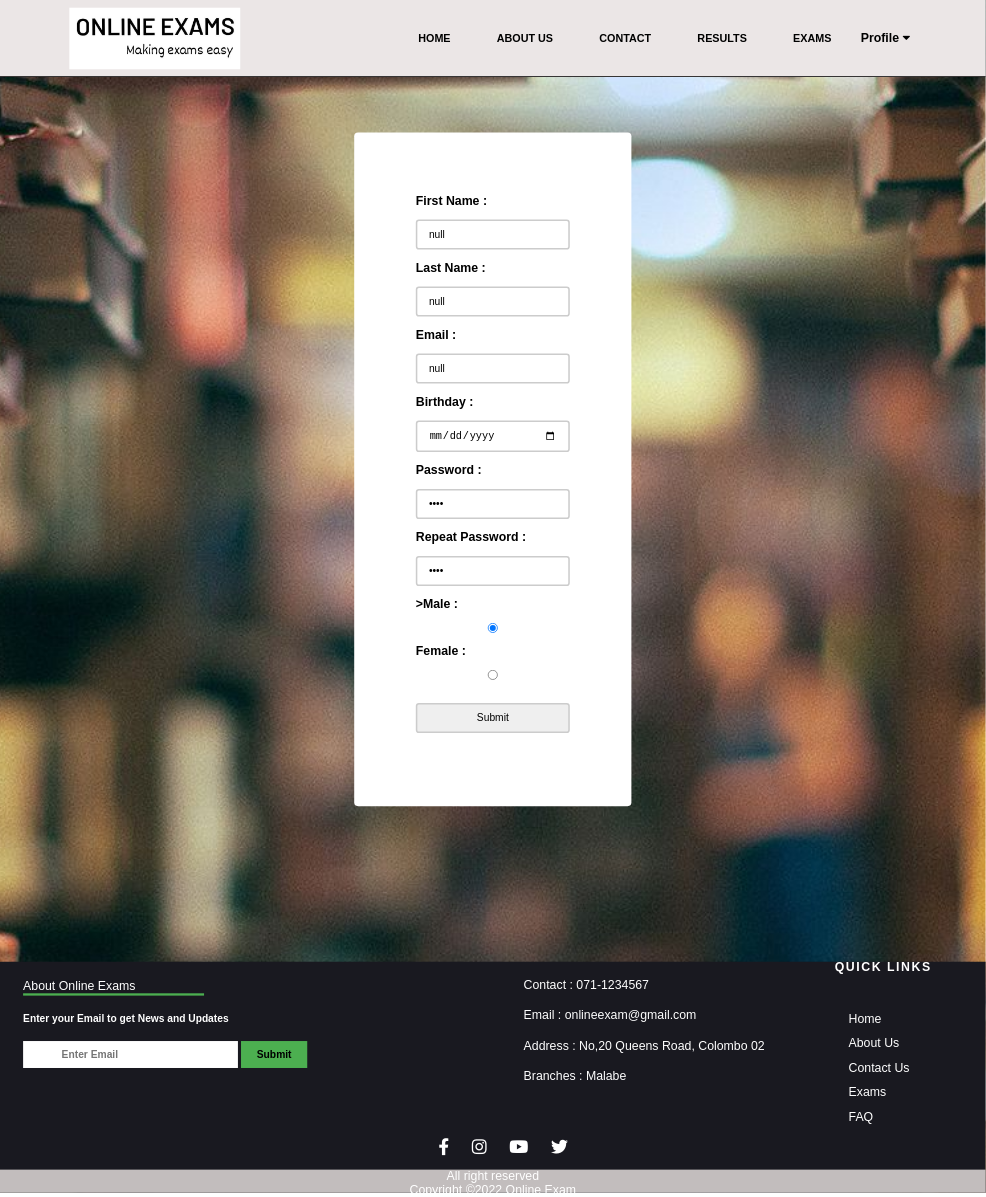
Repository: Isurinda-Shamika/online-exam
Page: http://localhost/online_exam/update_profile.jsp
An editor plug-in stored every save of this project. The page is shown before and after the next save, followed by the edit.
The browser window is 1280 px wide. The pictures show the whole page, at 77% of full size.
Some web libraries are served in a nearby version. The page is served by Tomcat 9. Nobody is signed in. The application's start-up code is not run. Other server files are loaded and not shown.

Above is the page before, as saved 2022-11-09 17:03:28.

### online exam/src/main/webapp/update_profile.jsp
<%@ page language="java" contentType="text/html; charset=ISO-8859-1"
    pageEncoding="ISO-8859-1"%>
<!DOCTYPE html>
<html>
<head>

	<title>Registration Page</title>
	<link rel="stylesheet" type="text/css" href="CSS/register.css">
	<!--Bootstrap website link to get social media icons(use.fontawesome.com)-->
	<link
      rel="stylesheet"
      href="https://use.fontawesome.com/releases/v5.13.0/css/all.css"
      integrity="sha384-Bfad6CLCknfcloXFOyFnlgtENryhrpZCe29RTifKEixXQZ38WheV+i/6YWSzkz3V"
      crossorigin="anonymous"/>
	  <script src="JS/register.js"></script>
	<script src=""></script>

</head>
<body>
	<!--Header-->
	<!--Navigation Bar-->

	<nav>
		<a href="home.html"><img src="Images/logo.jpeg" class="logo"></a>
		<ul>
			<li><a href="home.html">Home</a></li>
			<li><a href="about-us.html">About Us</a></li>
			<li><a href="contact.html">Contact</a></li>
			<li><a href="results.html">Results</a></li>
			<li><a href="Exams.html">Exams</a></li>
			<div class="dropdown">
				<button class="dropbtn">Profile
				<i class="fa fa-caret-down"></i>
				</button>
				<div class="dropdown-content">
                    <a href="login.html">Sign In</a>
				</div>
			</div>
		</ul>
	</nav>
	<br>
	<br>
	<br>
	<br>
	<br>
	<br>
<div class = register_page>
	<!--Register Form-->
	<div class = form>

        <body>
            <div class="register-wrapper">
                <div class="form">
                    <form action="##" method="POST" id="reg_form">
                        <div>
                            <div class="form-group">
                                <label for="fname"><b>First Name  :</b></label>
                                <input class="form-element" type="text" id="fname" name="fname" placeholder="Your name.." autocomplete="off" value="<%=session.getAttribute("fname") %>" required>

                            </div>
                            <div class="form-group">
                                <label for="lname"><b>Last Name :</b></label>
                                <input class="form-element" type="text" id="lname" name="lname" placeholder="Your last name.."  value="<%=session.getAttribute("fname") %>" autocomplete="off" required>
                            </div>
                        </div>
                        <div>
                            <div class="form-group">
                                <label for="email"><b>Email :</b></label>
                                <input class="form-element" type="text" id="email" name="email"  value="<%=session.getAttribute("email") %>" placeholder="Your valide email.." autocomplete="off">

                            </div>
                            <div class="form-group">
                                <label for="birthday"><b>Birthday :</b></label>
                                <input class="form-element" type="date" id="birthday" name="birthday" value="<%=session.getAttribute("fname") %>" required>

                            </div>
                        </div>
                        <div>
                            <div class="form-group">
                                <label for="password"><b>Password :</b> </label>
                                <input class="form-element" type="password" id="password" name="password" placeholder="Enter your password.." value="<%=session.getAttribute("password") %>" autocomplete="off">

                            </div>
                            <div class="form-group">
                                <label for="password_repeat"><b>Repeat Password :</b></label>
                                <input class="form-element" type="password" placeholder="Confirm  Password" name="repassword" value="<%=session.getAttribute("repassword") %>" id="password_repeat" autocomplete="off">

                            </div>
                        </div>
                        <div>
                            <div class="form-group" id="radio">
                                <b>>Male :</b>
                                <input class="form-radio" type="radio" name="gender" id="male" value="M" checked>
                                <b>Female :</b>
                                <input class="form-radio" type="radio" name="gender" id="female" value="F">
                            </div>
                        </div>
                        <div>

                        </div>
                        <div class="w-100 p-1">
                            <input type="submit" class="submit_btn float-right" id="submit_btn" value="Submit">
                        </div>

                    </form>
                </div>
            </div>
                    </body>

        </html>
    </div>
</div>



        <!--Footer-->
        <hr class = "line-before-footer">
        <footer>
            <div class="footer_content">
                <div class="center_details">
                    <ul class="details">
                        <li>Contact : 071-1234567</li>
                        <li>Email : onlineexam@gmail.com</li>
                        <li>Address : No,20 Queens Road, Colombo 02</li>
                        <li>Branches : Malabe</li>
                    </ul>

                </div>
                <div class="left_col">
                    <h7>About Online Exams</h7>
                    <div class="border"></div>
                    <h5>Enter your Email to get News and Updates</h5>
                    <form action="" class="newsletter_form">
                        <input type="Email" class="txt" placeholder="Enter Email" name="">
                        <input type="submit" class="btnsubmit" value="Submit" name="">

                    </form>
                </div>
                <div class="footer_links">
                    <h4>Quick Links</h4>
                    <ul>
                        <li><a href="home.html">Home</a></li>
                        <li><a href="about-us.html">About Us</a></li>
                        <li><a href="contact.html">Contact Us</a></li>
                        <li><a href="exams.html">Exams</a></li>
                        <li><a href="faq.html">FAQ</a></li>
                    </ul>
                </div>
            </div>

                <div class="social">
                    <a href="https://www.facebook.com" target="_blank"><i class="fab fa-facebook-f"></i></a>
                    <a href="https://www.instagram.com" target="_blank"><i class="fab fa-instagram"></i></a>
                    <a href="https://www.youtube.com" target="_blank"><i class="fab fa-youtube"></i></a>
                    <a href="https://www.twitter.com" target="_blank"><i class="fab fa-twitter"></i></a>
                </div>
        </div>
            <div class="footer_bottom">
                <h8>All right reserved<br/>Copyright &copy;2022 Online Exam</h8>
            </div>
        </footer>
    </body>
</html>

### online exam/src/main/webapp/CSS/register.css
body{
	background-image: url("../images/book.jpg");
	height: 100%;
	background-position: center;
    background-repeat: no-repeat;
    background-size: cover;
	margin: 0;
    padding: 0;
    font-family: Arial;
    background-color: rgb(255, 255, 255);
}

p{
    color: #000000;
}
nav{
    position: absolute;
    top: 0;
    left: 0;
    width: 100%;
    height: 100px;
    padding: 10px 90px;
    box-sizing: border-box;
    background:rgb(235, 230, 230);
    border-bottom:1px solid #000000;
 z-index: 1;
}

.logo{
    width: 222px;
    cursor: pointer;
}

nav ul{
    list-style: none;
    float: right;
    margin: 0;
    padding: 0;
    display: flex;
}

nav ul li a{
    line-height: 80px;
    color: rgb(0, 0, 0);
    padding: 12px 30px;
    text-decoration: none;
    font-size: 14px;
    font-weight: bold;
    text-transform: uppercase;
}

nav ul li a:hover{
   color: #4caf50;
}

.dropdown {
 float: left;
 overflow: hidden;
}

.dropdown .dropbtn {
    font-size: 16px;
    border: none;
    outline: none;
    color: rgb(0, 0, 0);
    padding: 30px 8px 5px 8px;
    background-color: inherit;
    font-family: Arial;
    margin: 0;
    font-weight:Bold;
}

.navbar a:hover, .dropdown:hover .dropbtn {
 color: #4caf50;
}

.dropdown-content {
    display: none;
    position: absolute;
    background-color: rgb(0, 0, 0);
    min-width: 160px;
    box-shadow: 0px 8px 16px 0px rgba(0,0,0,0.2);
    z-index: 1;
}

.dropdown-content a {
 float: none;
 color: white;
 padding: 12px 25px;
 text-decoration: none;
 display: block;
 text-align: left;
}

.dropdown-content a:hover {
 background-color: #4caf50;
}

.dropdown:hover .dropdown-content {
 display: block;
}

.line-before-footer{
 background-color: transparent;
 border-color:transparent;
 margin-top: 140px;
}

.register_page{
	width: 360px;
	padding: 5%;
	margin: auto;
}

.form{
  border-radius: 5px;
  background-color: f;
  padding: 40px;
  position: relative;
  z-index: 1;
  background: #ffffff;
  max-width: 400px;
  margin: auto;
  text-align: left;
}

.form input{
  width: 100%;
  padding: 10px 15px;
  margin: 15px 0;
  display: inline-block;
  border: 2px solid #ccc;
  border-radius: 4px;
  box-sizing: border-box;
}

.btn{
  width: 100%;
  background-color: #4CAF50;
  color: white;
  padding: 20px 25px;
  margin: 20px 0;
  border: none;
  border-radius: 4px;
  cursor: pointer;
}

.btn:hover  {
  background: rgb(255, 196, 0);
}

.topic{
   font-family: "Arial", sans-serif;
   width: 100%;
   text-align: center;
   border-bottom: 1px solid #000;
   line-height: 0.1em;
   margin: 10px 0 20px;
}

.topic span {
    background:#fff;
    padding:0 10px;
}

footer{
 background: #191920;
 height: 300px;
 color: white;
 position: relative;
 margin-top: -20px;
}

.footer_bottom{
 background: rgb(194, 189, 189);
 height: 30px;
 width: 100%;
 text-align: center;
 position: absolute;
 bottom: 0px;
 left: 0px;
 padding-top: 0px;
}

.social{
 margin: 20px ;
 margin-left: 32%;
 position: absolute;
 bottom: 25px;
 left: 12.5%;
 right: 35px;
}

.social a{
 color: #fff;
 margin-right: 25px;
 font-size: 22px;
 text-decoration: none;
 transition: .3s linear;
}

.social a:hover{
 color: #2196f3;
}

.footer_links{
 float: right;
 margin-right: 50px;
 position: sticky;
}

.footer_links li{
 list-style: none;
 margin-left: 18px;

}

.footer_links a{
 text-decoration: none;
 color: white;
 line-height: 2;
}

.footer_links h4{
 letter-spacing: 2px;
 text-transform: uppercase;
 margin-top: -160px;
 margin-left: 20px;
 padding: 20px;
}

.footer_links a:hover{
 color: #4caf50;
}

.left_col{
 margin-top: -150px;
 margin-left: 30px;
}

h5{
    font-family:'Arial';
}

.center_details {
 padding-left: 240px;
}

.border{
 width: 235px;
 height: 3px;
 background: #4caf50;
}

.newletter_form{
 display: flex;
 justify-content: center;
 flex-wrap: wrap;
}

.txt{
 flex: 1;
 padding: 10px 50px;
 font-weight: 700;
 border: none;
 outline: none;
}

.btnsubmit{
 flex: 1;
 padding: 10px 20px;
 font-weight: 700;
 border: none;
 background: #4caf50;
}

.btn:hover{
 background: rgb(255, 196, 0);
}

.details li{
 list-style: none;
 margin-left: 400px;
 line-height: 1.2;
 padding-top: 20px;
}

### online exam/src/main/webapp/JS/register.js
function func(){
    alert("Registered Successfully!");
  }

After the next save:
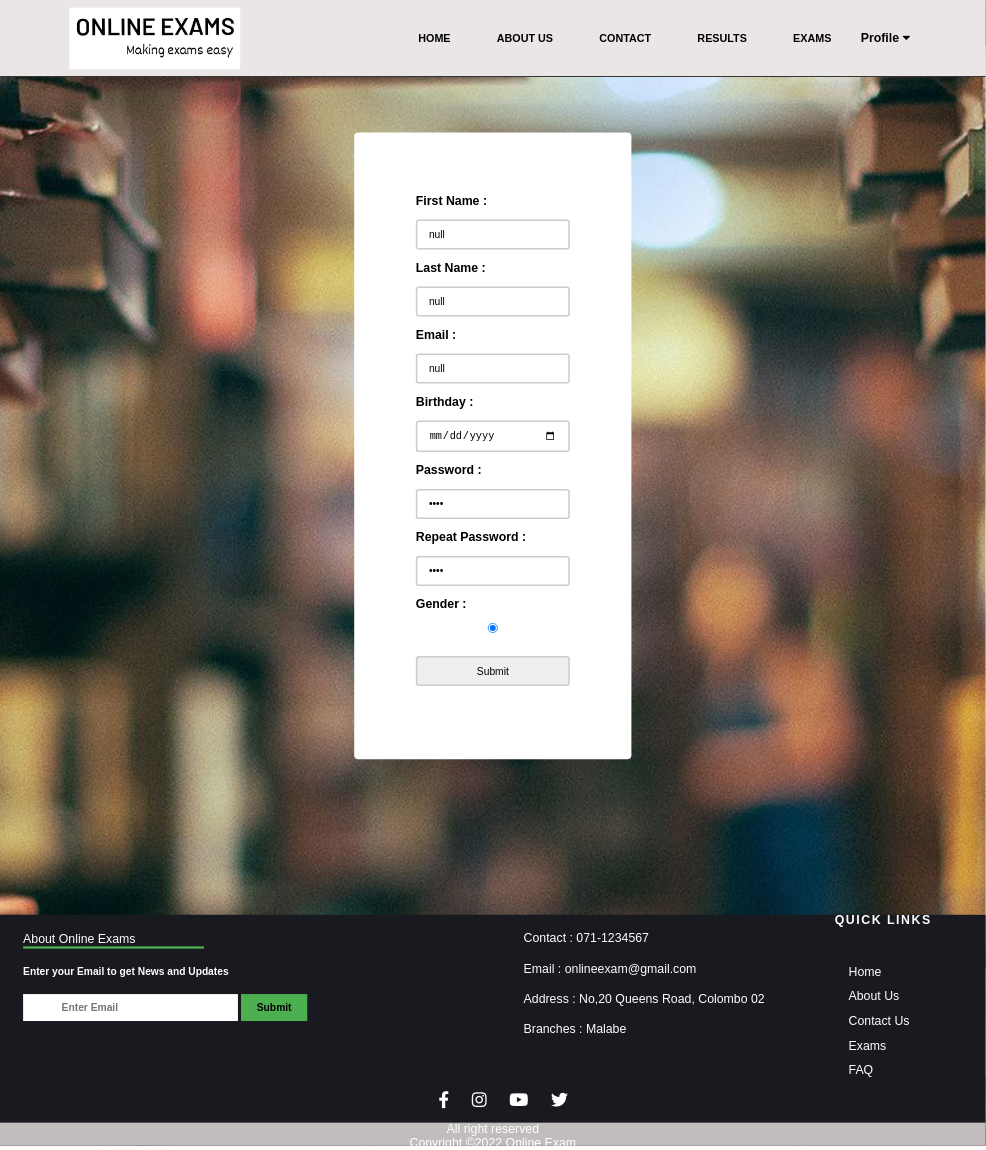
Saved 77 s later.
--- a/online exam/src/main/webapp/update_profile.jsp
+++ b/online exam/src/main/webapp/update_profile.jsp
@@ -89,10 +89,9 @@
                         </div>
                         <div>
                             <div class="form-group" id="radio">
-                                <b>>Male :</b>
-                                <input class="form-radio" type="radio" name="gender" id="male" value="M" checked>
-                                <b>Female :</b>
-                                <input class="form-radio" type="radio" name="gender" id="female" value="F">
+                                <b>Gender :</b>
+                                <input class="form-radio" type="radio" name="gender" value="<%=session.getAttribute("repassword") %>" id="male"  checked>
+
                             </div>
                         </div>
                         <div>
